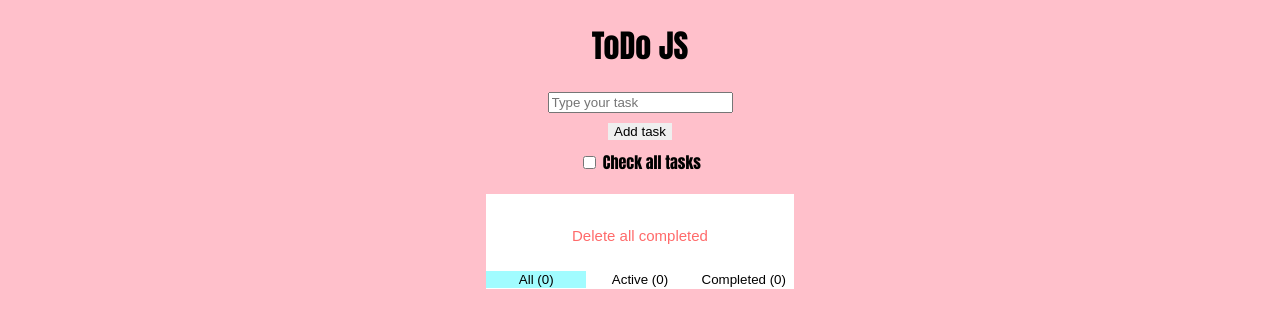
Repository: mklyagin/klyagin_todojs
Page: index.html
An editor plug-in stored every save of this project. The page is shown before and after the next save, followed by the edit.
The browser window is 1280 px wide. The pictures show the whole page.

Above is the page before, as saved 2024-02-27 17:55:37.

After the next save:
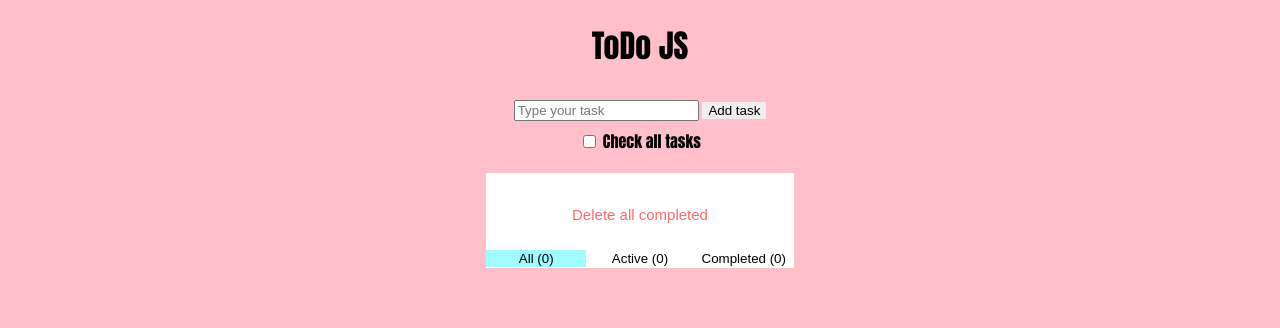
Saved 63 s later.
--- a/index.html
+++ b/index.html
@@ -8,8 +8,10 @@
   </head>
   <body>
     <h1>ToDo JS</h1>
+    <div class="input-section">
     <input maxlength="15" id="enter-task-input" placeholder="Type your task">
     <button type="button" id="add-task-button">Add task</button>
+  </div>
     <div class ='check-all-task'>
       <input type="checkbox" id="check-all-checkbox">
       <span>Check all tasks</span>
